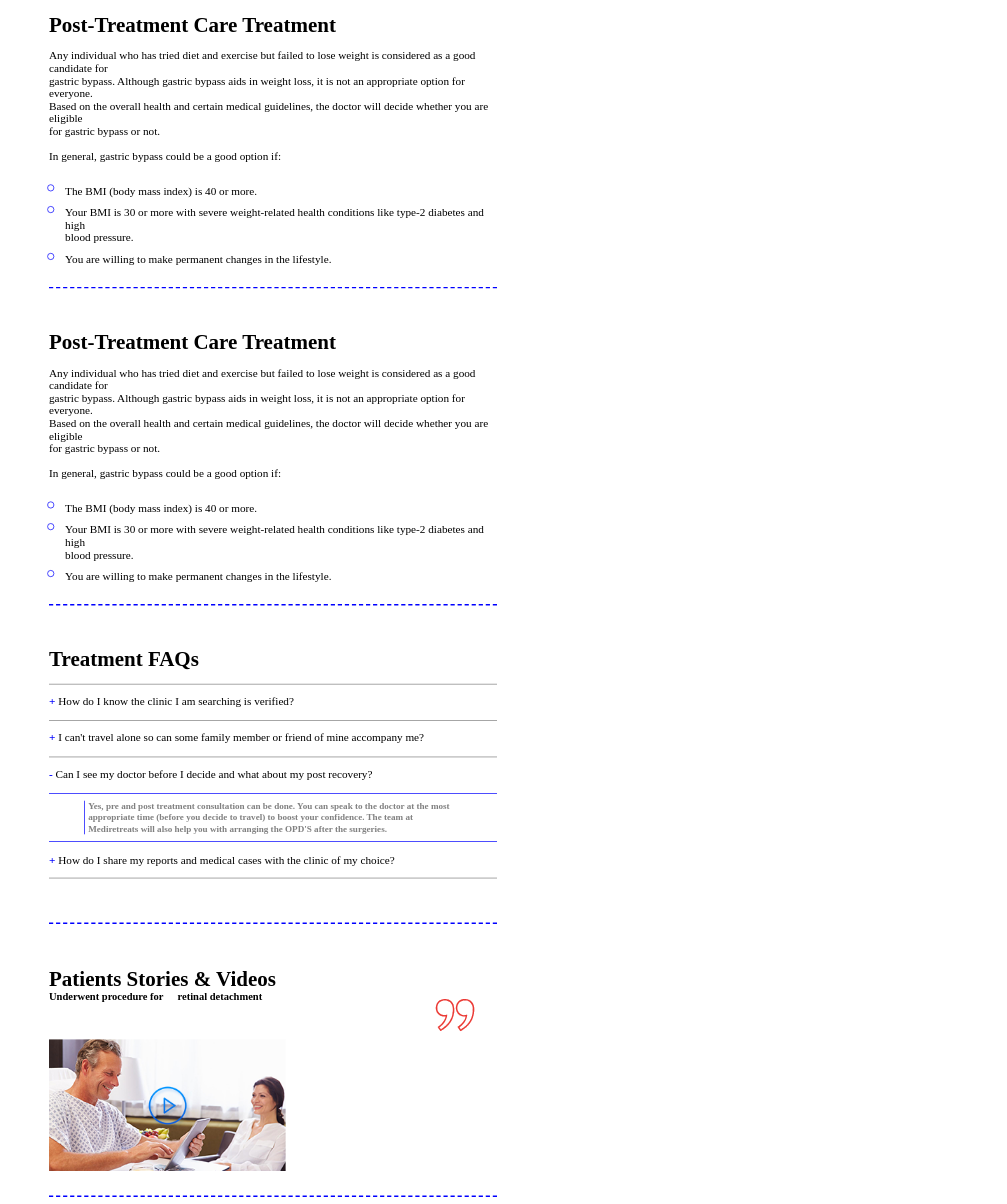
Repository: hetuk2005/webDevelopment
Page: Projects/Aafiya.html
An editor plug-in stored every save of this project. The page is shown before and after the next save, followed by the edit.
The browser window is 1280 px wide. The page is 1438 px wide, so the pictures cover 1438 px, including what lies to the right of the window. The pictures show the part of the page from y = 2737 to 4457 px (the page is 4457 px tall), at 70% of full size.

Above is the page before, as saved 2025-04-08 10:31:07.

After the next save:
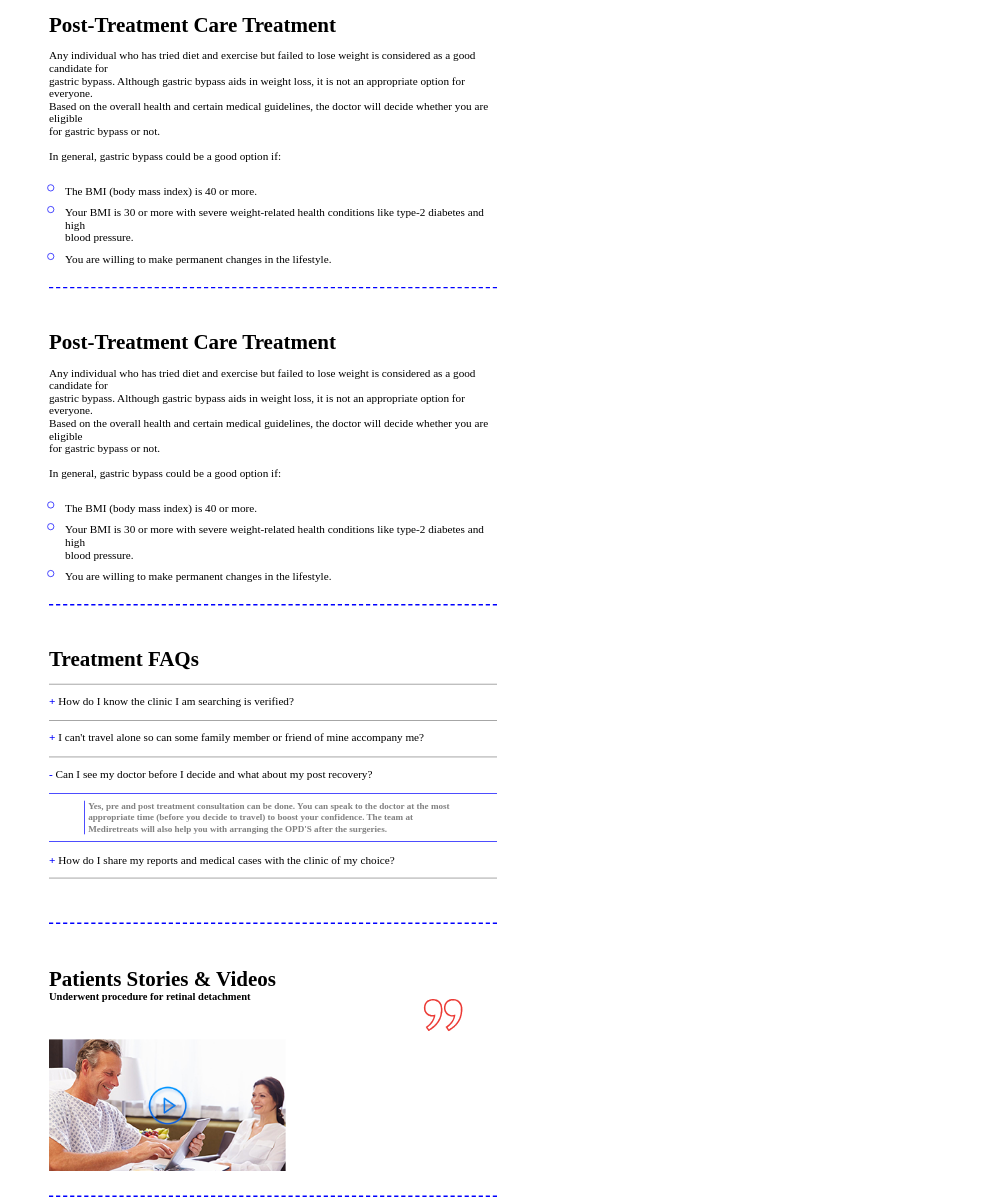
Saved 49 s later.
--- a/Projects/Aafiya.html
+++ b/Projects/Aafiya.html
@@ -253,8 +253,7 @@
         <h3>Patients Stories & Videos</h3>
         <div class="stories_img">
             <div class="text1">
-                <p class="stories_text">Underwent procedure for</p>
-                <p class="stories_text">retinal detachment</p>
+                <p class="stories_text">Underwent procedure for retinal detachment</p>
                 <br>
                 <img src="./Images/Quotes.svg" alt="Quotes" class="quotes">
             </div>
